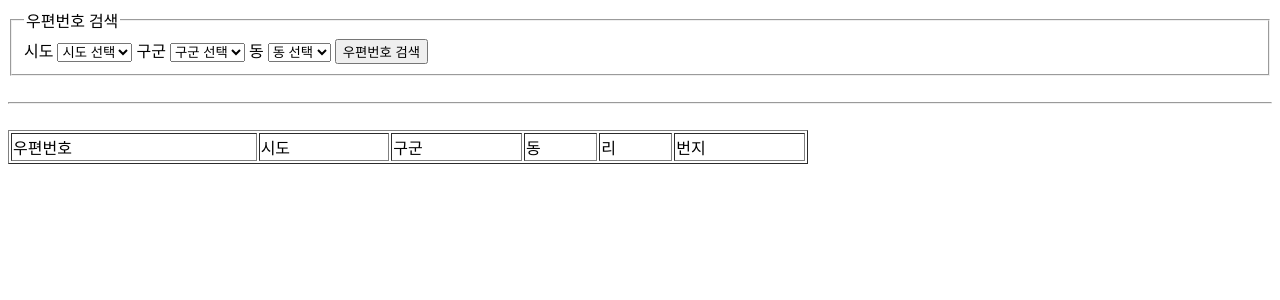
Repository: popconnect/jQuery
Page: http://localhost/jQueryUiEx03/zipcodeEx02.jsp
These files come from the project's save history. The page is drawn as it stood at one moment and after the next save; the edit follows.
The browser window is 1280 px wide. The pictures show the whole page.
The page is served by Tomcat 9.

Above is the page before, as saved 2023-05-17 05:42:13.

After the next save:
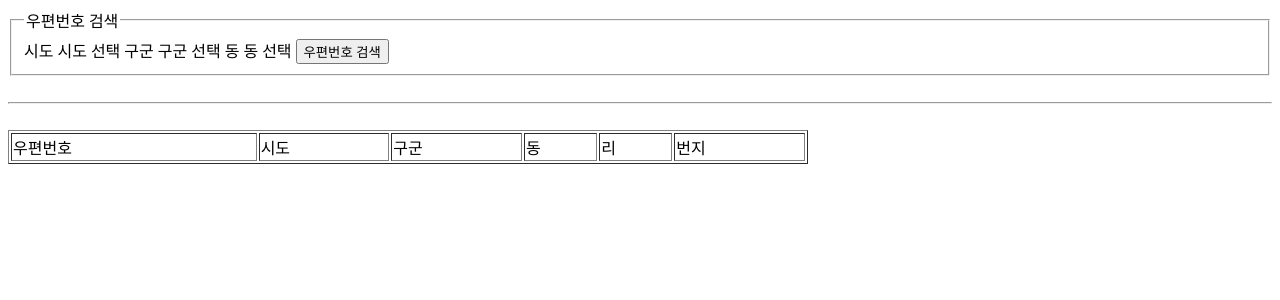
Saved 21 s later.
--- a/jQueryUiEx03/src/main/webapp/zipcodeEx02.jsp
+++ b/jQueryUiEx03/src/main/webapp/zipcodeEx02.jsp
@@ -10,7 +10,7 @@
 <script type="text/javascript">
 	//버튼 이벤트
 	$(document).ready(function() {
-		$('#files').selectmenu({
+		$('#sido, #gugun, #dong').selectmenu({
 			width: 500,
 			change: function() {
 				console.log($(this).selectmenu('option', 'value'));

After the 4 saves that followed:
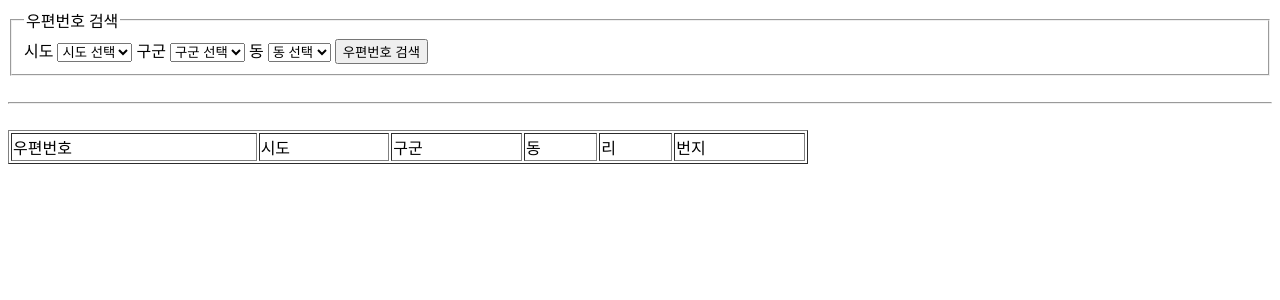
The 4 saves are shown as one change because 3 left the picture as it was.
The last was saved 86 s later.
--- a/jQueryUiEx03/src/main/webapp/zipcodeEx02.jsp
+++ b/jQueryUiEx03/src/main/webapp/zipcodeEx02.jsp
@@ -7,26 +7,7 @@
 <title>Insert title here</title>
 <script type="text/javascript" src="./js/jquery-3.7.0.js"></script>
 <script type="text/javascript" src="./js/jquery-ui.js"></script>
-<script type="text/javascript">
-	//버튼 이벤트
-	$(document).ready(function() {
-		$('#sido, #gugun, #dong').selectmenu({
-			width: 500,
-			change: function() {
-				console.log($(this).selectmenu('option', 'value'));
-			}
-		});
 
-		$('#btn').on('click', function() {
-			var allValues = '';
-			$('body').children().each(function() {
-				allValues += $(this).text().trim() + '\n';
-			});
-			console.log(allValues);
-		});
-	});
-
-</script>
 </head>
 <body>
 	<fieldset>
